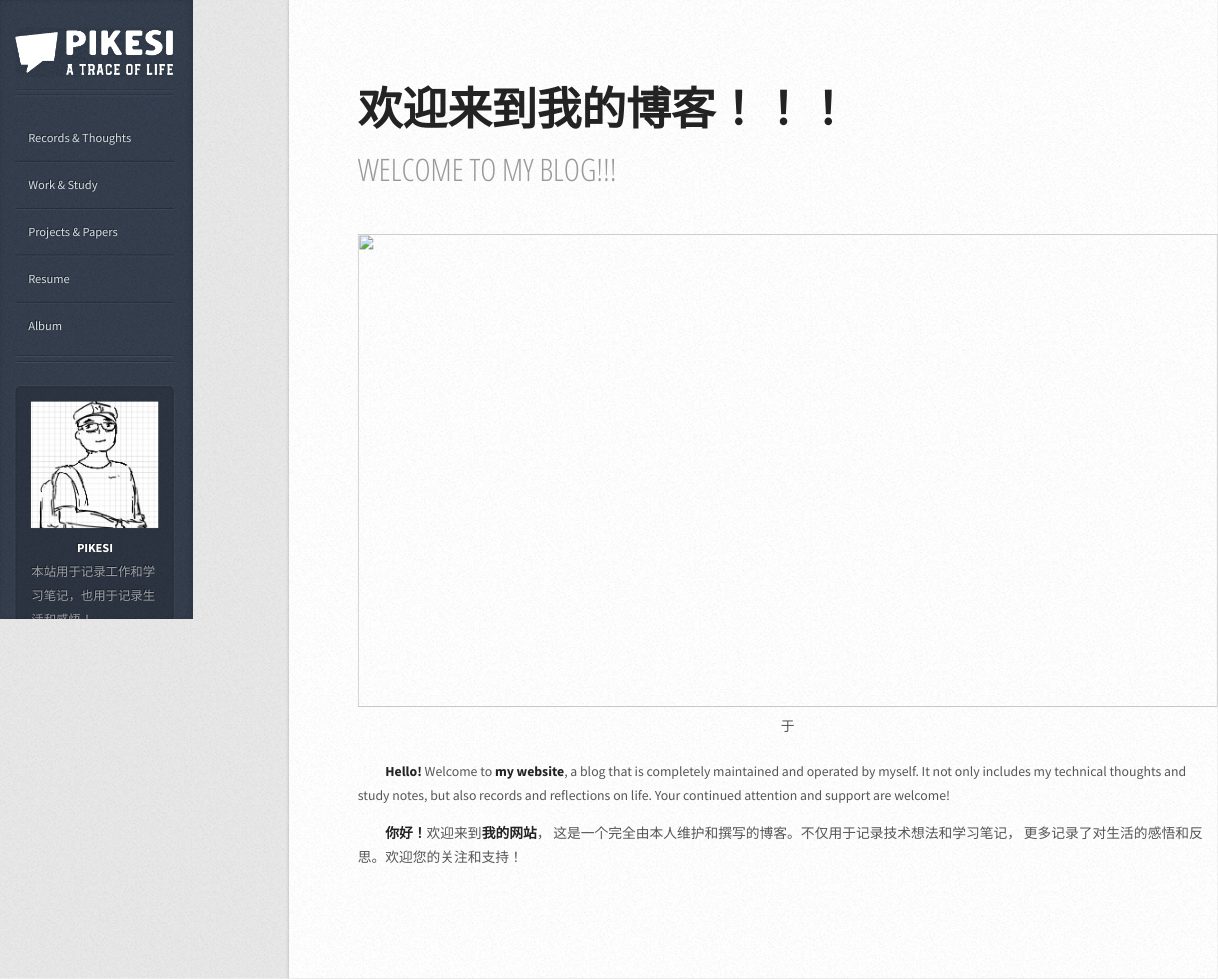
Repository: PiKesi522/PiKesi522.github.io
Page: index.html
These files come from the project's save history. The page is drawn as it stood at one moment and after a run of saves; the edit follows.
The browser window is 1280 px wide. The page is 1416 px wide, so the pictures cover 1416 px, including what lies to the right of the window. The pictures show the whole page, at 86% of full size.
The page's requests for data from a server got no answer.

Above is the page before, as saved 2023-04-12 19:58:29.

### index.html
<!DOCTYPE HTML>
<!--
	Striped by HTML5 UP
	html5up.net | @ajlkn
	Free for personal and commercial use under the CCA 3.0 license (html5up.net/license)
-->
<html>

<head>
	<title>PiKesi's Home on the Internet</title>
	<meta charset="utf-8" />
	<meta name="viewport" content="width=device-width, initial-scale=1, user-scalable=no" />
	<link rel="stylesheet" href="assets/css/main.css" />
	<script>
		const folderUrl = "MainPage/";
		const xhr = new XMLHttpRequest();
		xhr.onreadystatechange = function () {
			if (this.readyState === 4 && this.status === 200) {
				const folderContent = xhr.responseText;
				const jpgFileRegex = /<a href="\/MainPage\/([^"]+\.jpg)"[^>]*>/g;
				const jpgFiles = [];
				let match;
				while (match = jpgFileRegex.exec(folderContent)) {
					jpgFiles.push(match[1]);
				}
				// console.log(jpgFiles);
				const randomIndex = Math.floor(Math.random() * jpgFiles.length);
				const selectedJpgFile = jpgFiles[randomIndex];
				const selectedJpgFilePath = folderUrl + decodeURIComponent(selectedJpgFile);
				// console.log("Selected JPG file name: ", decodeURIComponent(selectedJpgFile));
				// console.log("Selected JPG file path: ", selectedJpgFilePath);

				// Update the image element and date/location elements with the selected values
				const imgElement = document.querySelector(".random-display img");
				imgElement.src = selectedJpgFilePath;

				const photoInfo = decodeURIComponent(selectedJpgFile).split("-");
				const selectedYear = photoInfo[0]; // Replace with actual year
				const selectedLocation = photoInfo[1] + " " + photoInfo[2].split(".")[0]; // Replace with actual location
				const yearElement = document.querySelector(".random-display .year");
				yearElement.textContent = selectedYear;
				const locationElement = document.querySelector(".random-display .location");
				locationElement.textContent = selectedLocation;
			}
		};
		xhr.open("GET", folderUrl);
		xhr.send();
	</script>
</head>

<body class="is-preload">

	<!-- Content -->
	<div id="content">
		<div class="inner">

			<!-- 我的第一个博客 -->
			<article class="box post post-excerpt">
				<header>
					<h2>欢迎来到我的博客！！！</h2>
					<p>WELCOME TO MY BLOG!!!</p>
				</header>
				<!-- <div class="info">
					<span class="date">
						<span class="day">Top</span>
					</span>

				</div> -->
				<div class="random-display">
						<img width="1000px" height="550px" src="" alt="" />
					<div style="text-align: center; margin: 0 0 1.5em 0;">
						<span class="year"></span> 于 <strong><span class="location"></span></strong></div>
				</div>
				<div style=" text-indent:2em">
					<strong>Hello!</strong> Welcome to <strong> my website</strong>,
					a blog that is completely maintained and operated by myself.
					It not only includes my technical thoughts and study notes,
					but also records and reflections on life.
					Your continued attention and support are welcome!
					<br>
				</div>
				<div style=" text-indent:2em; margin-top: 1em;">
					<strong>你好！</strong>欢迎来到<strong>我的网站</strong>，
					这是一个完全由本人维护和撰写的博客。不仅用于记录技术想法和学习笔记，
					更多记录了对生活的感悟和反思。欢迎您的关注和支持！
					<br>
				</div>
			</article>
		</div>
	</div>
<!-- Sidebar -->
<div id="sidebar">
	<script>
		// Get the stored state of the sidebar from localStorage
		const sidebarState = localStorage.getItem('sidebarState');

		// If the sidebar state is 'loaded', skip loading the sidebar again
		if (sidebarState === 'loaded') {
			// Set the class of the sidebar to 'loaded' to show it
			document.getElementById('sidebar').classList.add('loaded');
		} else {
			// Load the sidebar from the server and set the class of the sidebar to 'loaded'
			fetch('/sidebar.html')
				.then(response => response.text())
				.then(data => {
					document.getElementById('sidebar').innerHTML = data;
					document.getElementById('sidebar').classList.add('loaded');

					// Store the loaded state of the sidebar in localStorage
					localStorage.setItem('sidebarState', 'loaded');
				});
		}
	</script>
</div>


	<!-- Scripts -->
	<script src="assets/js/jquery.min.js"></script>
	<script src="assets/js/browser.min.js"></script>
	<script src="assets/js/breakpoints.min.js"></script>
	<script src="assets/js/util.js"></script>
	<script src="assets/js/main.js"></script>

</body>

</html>

### sidebar.html
<!-- Logo -->
<h1 id="logo">
    <a href="/index.html">
        <img style="width: 100%;" src="/assets/images/head1.png" alt="Logo">
        <!-- <div style="margin: 0.5em 0 0 0;">
					PiKesi
				</div> -->
    </a>
</h1>

<!-- Nav -->
<nav id="nav">
    <ul>
        <li><a href="/life.html">Records & Thoughts</a></li>
        <li><a href="/note.html">Work & Study</a></li>
        <li><a href="/projects.html">Projects & Papers</a></li>
        <li><a href="/resume.html">Resume</a></li>
        <li><a href="/photos.html">Album</a></li>
        <!-- <li><a href="#">Contact Me</a></li> -->
    </ul>
</nav>

<!-- Text -->
<section class="box text-style1">
    <div class="inner">
        <img style="width: 100%; margin: 0;" src="/assets/images/icon1.jpg" alt="Logo">
        <div style="text-align: center;">
            <strong> PIKESI </strong>
            <br />
            <!-- <strong> 爱 coding，更爱生活</strong> -->
        </div>
        <p>
            本站用于记录工作和学习笔记，也用于记录生活和感悟！
        </p>
        <div style="display: flex; justify-content: space-between; align-items: center;">
            <a style="float: left; flex: 1;" href="https://github.com/PiKesi522/PiKesi522.github.io/issues">提供建议</a>
            <!-- <span style="border-left: 10px black solid;" ></span> -->
            <a style="float: right;" href="https://github.com/PiKesi522/PiKesi522.github.io/issues">反馈问题</a>
        </div>
    </div>
</section>

Loaded but not shown: assets/js/jquery.min.js (library); assets/js/browser.min.js (common file); assets/js/breakpoints.min.js (common file); assets/css/fontawesome-all.min.css (library); assets/js/util.js (587 lines, source omitted); assets/css/main.css (3019 lines, source omitted); public/assets/js/main.js (no copy from this time; the picture is the same without it)

After the next 2 saves:
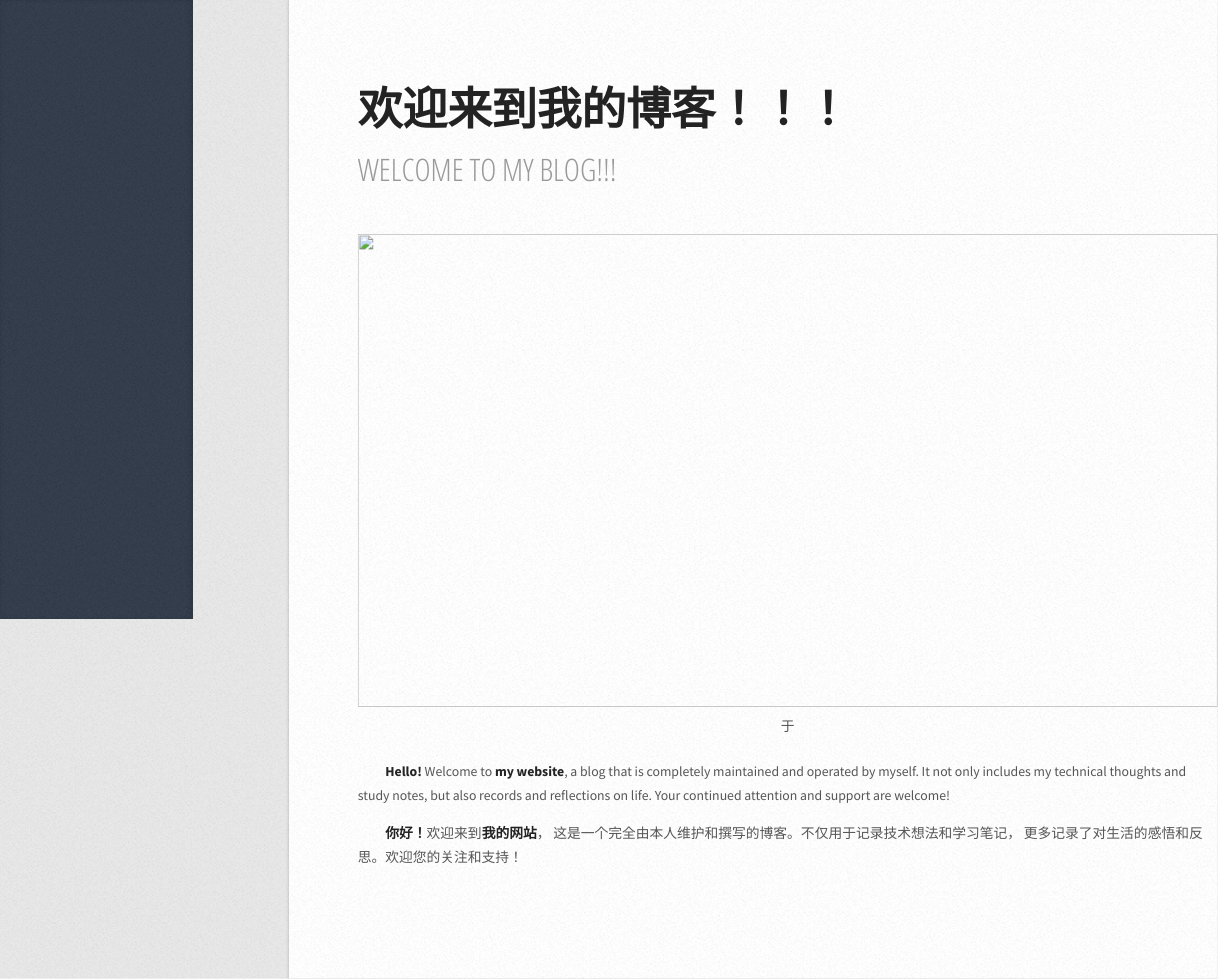
The 2 saves are shown as one change because they came seconds apart.
The last was saved 29 s later.
--- a/index.html
+++ b/index.html
@@ -67,9 +67,10 @@
 
 				</div> -->
 				<div class="random-display">
-						<img width="1000px" height="550px" src="" alt="" />
+					<img width="1000px" height="550px" src="" alt="" />
 					<div style="text-align: center; margin: 0 0 1.5em 0;">
-						<span class="year"></span> 于 <strong><span class="location"></span></strong></div>
+						<span class="year"></span> 于 <strong><span class="location"></span></strong>
+					</div>
 				</div>
 				<div style=" text-indent:2em">
 					<strong>Hello!</strong> Welcome to <strong> my website</strong>,
@@ -88,30 +89,43 @@
 			</article>
 		</div>
 	</div>
-<!-- Sidebar -->
-<div id="sidebar">
-	<script>
-		// Get the stored state of the sidebar from localStorage
-		const sidebarState = localStorage.getItem('sidebarState');
 
-		// If the sidebar state is 'loaded', skip loading the sidebar again
-		if (sidebarState === 'loaded') {
-			// Set the class of the sidebar to 'loaded' to show it
-			document.getElementById('sidebar').classList.add('loaded');
-		} else {
-			// Load the sidebar from the server and set the class of the sidebar to 'loaded'
+	<!-- Sidebar -->
+	<div id="sidebar">
+		<script>
 			fetch('/sidebar.html')
 				.then(response => response.text())
 				.then(data => {
 					document.getElementById('sidebar').innerHTML = data;
-					document.getElementById('sidebar').classList.add('loaded');
+				});
+		</script>
+	</div>
 
-					// Store the loaded state of the sidebar in localStorage
-					localStorage.setItem('sidebarState', 'loaded');
-				});
-		}
-	</script>
-</div>
+	<!-- Sidebar -->
+	<div id="sidebar">
+		<script>
+			// Get the stored state of the sidebar from localStorage
+			const sidebarState = localStorage.getItem('sidebarState');
+			console.log(sidebarState);
+
+			// If the sidebar state is 'loaded', skip loading the sidebar again
+			if (sidebarState === 'loaded') {
+				// Set the class of the sidebar to 'loaded' to show it
+				document.getElementById('sidebar').classList.add('loaded');
+			} else {
+				// Load the sidebar from the server and set the class of the sidebar to 'loaded'
+				fetch('/sidebar.html')
+					.then(response => response.text())
+					.then(data => {
+						document.getElementById('sidebar').innerHTML = data;
+						document.getElementById('sidebar').classList.add('loaded');
+
+						// Store the loaded state of the sidebar in localStorage
+						localStorage.setItem('sidebarState', 'loaded');
+					});
+			}
+		</script>
+	</div>
 
 
 	<!-- Scripts -->

After the save that followed:
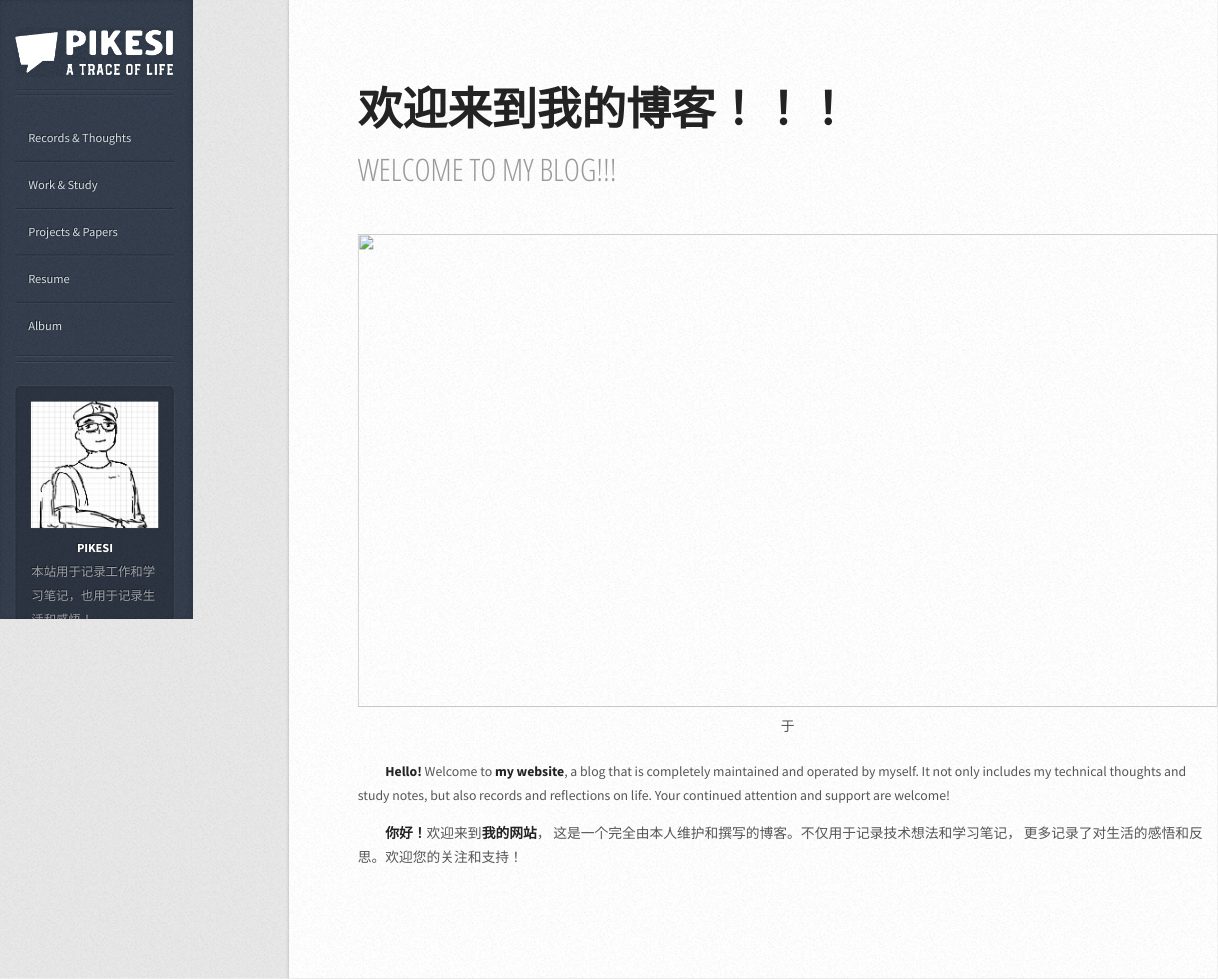
Saved 52 s later.
--- a/index.html
+++ b/index.html
@@ -90,7 +90,7 @@
 		</div>
 	</div>
 
-	<!-- Sidebar -->
+	<!-- Sidebar
 	<div id="sidebar">
 		<script>
 			fetch('/sidebar.html')
@@ -99,7 +99,7 @@
 					document.getElementById('sidebar').innerHTML = data;
 				});
 		</script>
-	</div>
+	</div> -->
 
 	<!-- Sidebar -->
 	<div id="sidebar">
